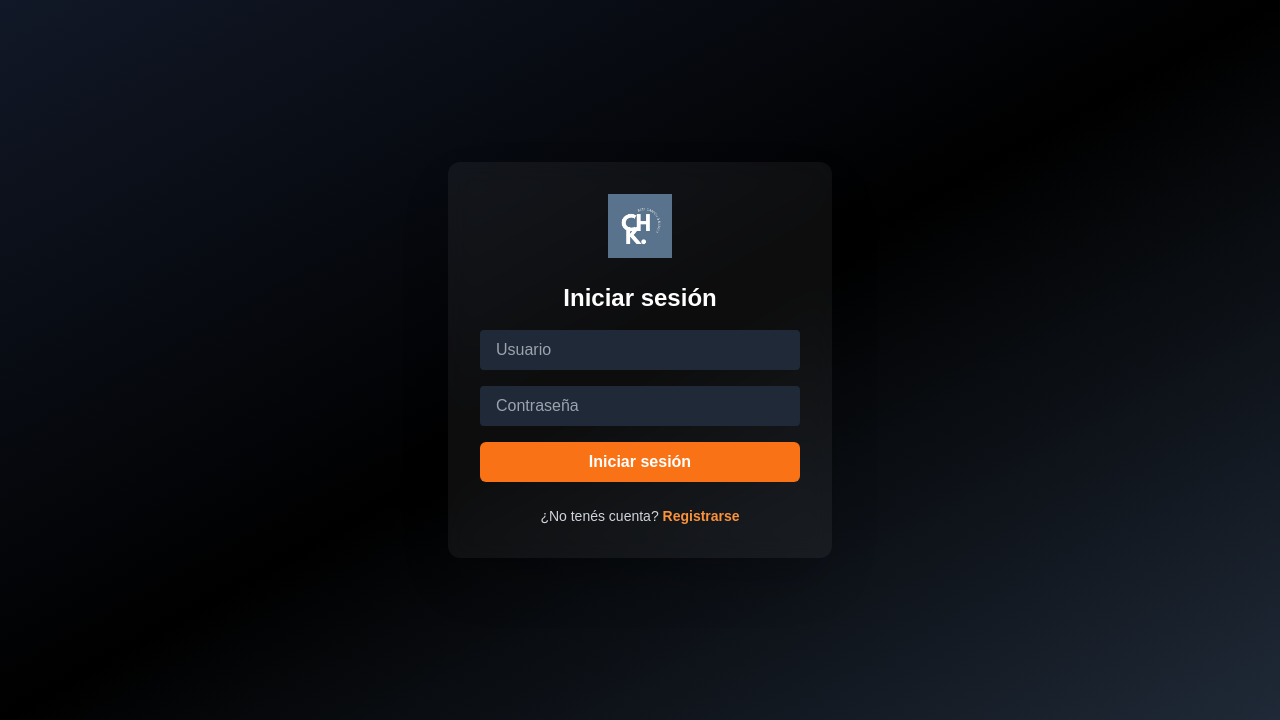
Repository: francoluca35/comandas
Page: /
These files come from the project's save history. The page is drawn as it stood at one moment and after the next save; the edit follows.
The browser window is 1280 px wide. The pictures show the whole page.
The project was rebuilt for these pictures with package versions that can differ from the ones it lists, and the page was loaded fresh each time. The framework's server and built-in components were replaced by stand-ins that run in the browser. Also part of the build but not shown: next.config.mjs, app/register/page.jsx.

Above is the page before, as saved 2025-05-16 02:37:01.

After the next save:
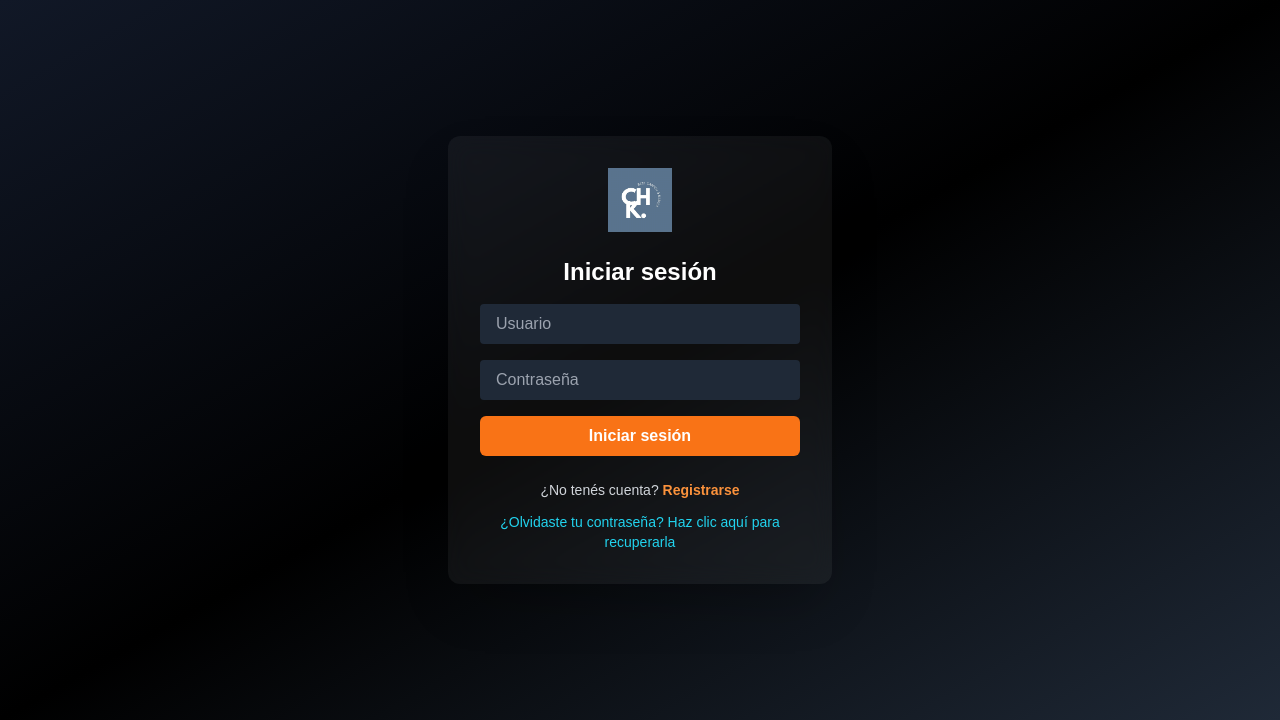
Saved 3 min 20 s later.
--- a/app/login/page.jsx
+++ b/app/login/page.jsx
@@ -98,6 +98,15 @@ export default function Login() {
               Registrarse
             </a>
           </p>
+
+          <p className="text-center text-sm mt-3">
+            <a
+              href="/recuperar"
+              className="text-cyan-400 hover:underline hover:text-cyan-300 transition"
+            >
+              ¿Olvidaste tu contraseña? Haz clic aquí para recuperarla
+            </a>
+          </p>
         </div>
       </div>
     </div>
